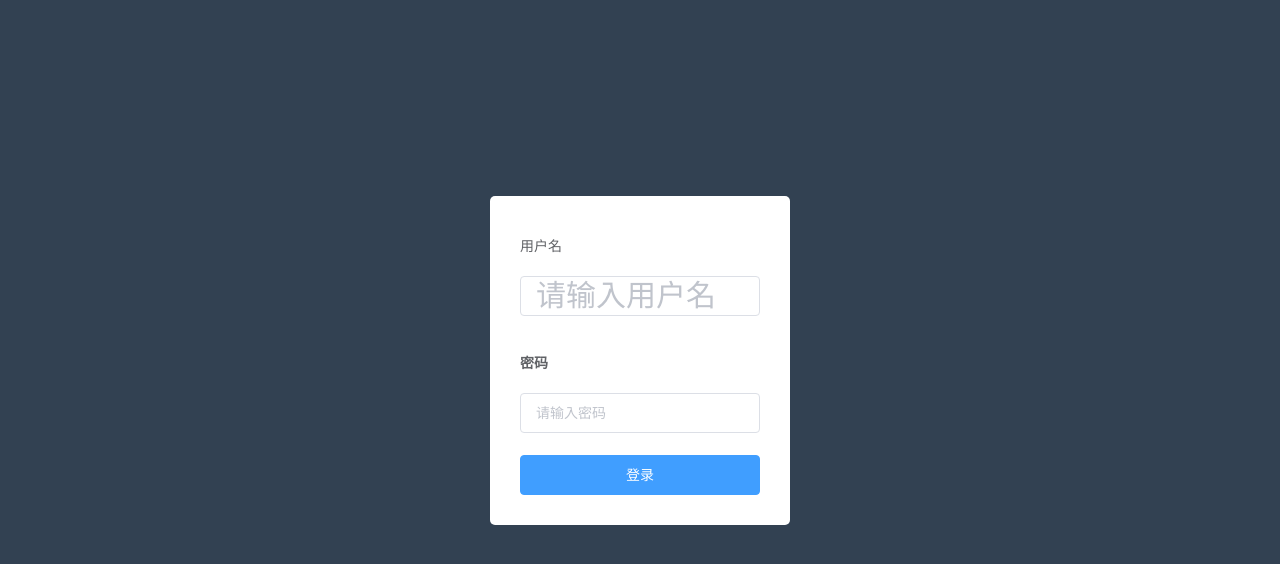
Repository: coWhy/blog-admin
Page: /#/login
An editor plug-in stored every save of this project. The page is shown before and after the next save, followed by the edit.
The browser window is 1280 px wide. The pictures show the whole page.
The page's requests for data from a server got no answer. The project was rebuilt for these pictures with package versions that can differ from the ones it lists, and the page was loaded fresh each time. No one was signed in, and anything a server would have sent is missing. Also part of the build but not shown: vue.config.js.

Above is the page before, as saved 2020-04-27 04:00:19.

After the next save:
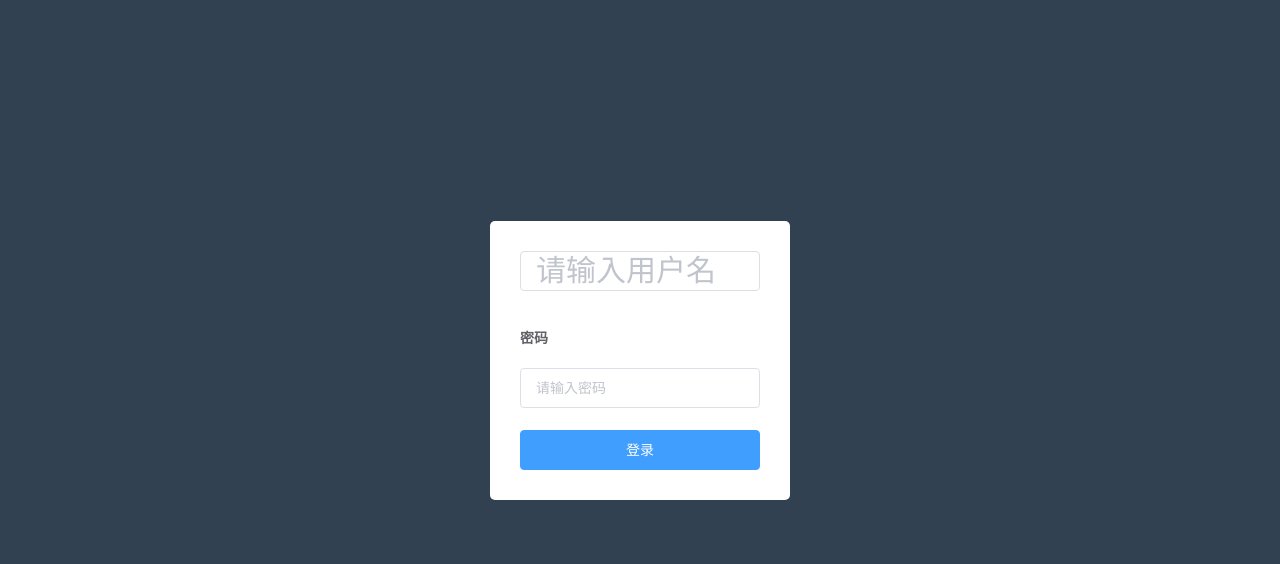
Saved 22 s later.
--- a/src/views/login/index.vue
+++ b/src/views/login/index.vue
@@ -6,7 +6,7 @@
       label-position="top"
       label-width="80px"
     >
-      <el-form-item label="用户名">
+      <el-form-item>
         <el-input
           v-model="form.username"
           placeholder="请输入用户名"
